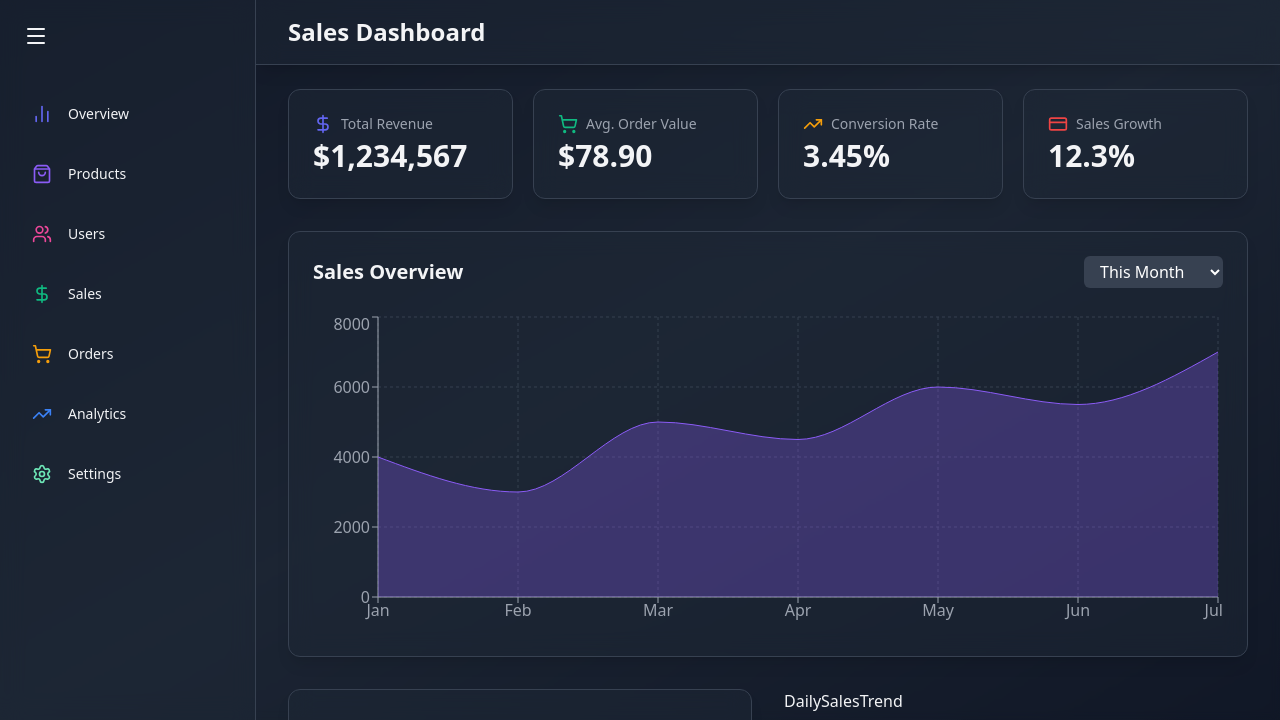
Repository: Abdirabi11/React-dashboard
Page: /sales
These files come from the project's save history. The page is drawn as it stood at one moment and after the next save; the edit follows.
The browser window is 1280 px wide. The pictures show the whole page.
An inner scrolling area shows only its first screen. The project was rebuilt for these pictures with package versions that can differ from the ones it lists, and the page was loaded fresh each time. Also part of the build but not shown: vite.config.js, src/components/overview/SalesOverviewChart.jsx, src/components/overview/CategoryDistributionChart.jsx, src/components/overview/SalesChannelChart.jsx, src/pages/OverviewPage.jsx, src/components/products/SalesTrendChart.jsx, src/components/products/ProductsTable.jsx, src/pages/ProductsPage.jsx and 8 more.

Above is the page before, as saved 2025-07-19 08:46:50.

### src/components/common/Sidebar.jsx
import { BarChart2, DollarSign, Menu, Settings, ShoppingBag, ShoppingCart, TrendingUp, Users } from "lucide-react";
import { useState } from "react";
import { AnimatePresence, motion } from "framer-motion";
import { Link } from "react-router-dom";

const SIDEBAR_ITEMS = [
	{
		name: "Overview",
		icon: BarChart2,
		color: "#6366f1",
		href: "/",
	},
	{ name: "Products", icon: ShoppingBag, color: "#8B5CF6", href: "/products" },
	{ name: "Users", icon: Users, color: "#EC4899", href: "/users" },
	{ name: "Sales", icon: DollarSign, color: "#10B981", href: "/sales" },
	{ name: "Orders", icon: ShoppingCart, color: "#F59E0B", href: "/orders" },
	{ name: "Analytics", icon: TrendingUp, color: "#3B82F6", href: "/analytics" },
	{ name: "Settings", icon: Settings, color: "#6EE7B7", href: "/settings" },
];

const Sidebar = () => {
	const [isSidebarOpen, setIsSidebarOpen] = useState(true);

	return (
		<motion.div
			className={`relative z-10 transition-all duration-300 ease-in-out flex-shrink-0 ${
				isSidebarOpen ? "w-64" : "w-20"
			}`}
			animate={{ width: isSidebarOpen ? 256 : 80 }}
		>
			<div className='h-full bg-gray-800 bg-opacity-50 backdrop-blur-md p-4 flex flex-col border-r border-gray-700'>
				<motion.button
					whileHover={{ scale: 1.1 }}
					whileTap={{ scale: 0.9 }}
					onClick={() => setIsSidebarOpen(!isSidebarOpen)}
					className='p-2 rounded-full hover:bg-gray-700 transition-colors max-w-fit'
				>
					<Menu size={24} />
				</motion.button>

				<nav className='mt-8 flex-grow'>
					{SIDEBAR_ITEMS.map((item) => (
						<Link key={item.href} to={item.href}>
							<motion.div className='flex items-center p-4 text-sm font-medium rounded-lg hover:bg-gray-700 transition-colors mb-2'>
								<item.icon size={20} style={{ color: item.color, minWidth: "20px" }} />
								<AnimatePresence>
									{isSidebarOpen && (
										<motion.span
											className='ml-4 whitespace-nowrap'
											initial={{ opacity: 0, width: 0 }}
											animate={{ opacity: 1, width: "auto" }}
											exit={{ opacity: 0, width: 0 }}
											transition={{ duration: 0.2, delay: 0.3 }}
										>
											{item.name}
										</motion.span>
									)}
								</AnimatePresence>
							</motion.div>
						</Link>
					))}
				</nav>
			</div>
		</motion.div>
	);
};
export default Sidebar;

### src/pages/SalesPage.jsx
import { motion } from "framer-motion";
import { CreditCard, DollarSign, ShoppingCart, TrendingUp } from "lucide-react";
import Header from "../components/common/Header";
import StatCard from "../components/common/StatCard";
import DailySalesTrend from "../components/sales/DailySalesTrend";
import SalesByCategoryChart from "../components/sales/SalesByCategoryChart";
import SalesOverviewChart from "../components/sales/SalesOverviewChart";

const salesStats = {
	totalRevenue: "$1,234,567",
	averageOrderValue: "$78.90",
	conversionRate: "3.45%",
	salesGrowth: "12.3%",
};

const SalesPage = () => {
	return (
		<div className="flex-1 overflow-auto relative z-10">
			<Header title='Sales Dashboard' />
			<main className="max-w-7xl mx-auto py-6 px-4 lg:px-8">
				<motion.div
				 className='grid grid-cols-1 gap-5 sm:grid-cols-2 lg:grid-cols-4 mb-8'
				 initial={{ opacity: 0, y: 20 }}
				 animate={{ opacity: 1, y: 0 }}
				 transition={{ duration: 1 }}
				>
					<StatCard
						name='Total Revenue'
						icon={DollarSign}
						value={salesStats.totalRevenue}
						color='#6366F1'
					/>
					<StatCard
						name='Avg. Order Value'
						icon={ShoppingCart}
						value={salesStats.averageOrderValue}
						color='#10B981'
					/>
					<StatCard
						name='Conversion Rate'
						icon={TrendingUp}
						value={salesStats.conversionRate}
						color='#F59E0B'
					/>
					<StatCard name='Sales Growth' icon={CreditCard} value={salesStats.salesGrowth} color='#EF4444' />
				</motion.div>
				<SalesOverviewChart />
				<div className="grid grid-cols-1 lg:grid-cols-2 gap-8 mb-8">
					<SalesByCategoryChart />
					<DailySalesTrend />
				</div>
			</main>
		</div>
	);
};
export default SalesPage;

### src/components/sales/DailySalesTrend.jsx
import React from 'react'

const DailySalesTrend = () => {
  return (
    <div>DailySalesTrend</div>
  )
}

export default DailySalesTrend

### src/components/sales/SalesByCategoryChart.jsx
import { motion } from "framer-motion"
import { Cell, Legend, Pie, PieChart, ResponsiveContainer, Tooltip } from "recharts"


const salesByCategory = [
	{ name: "Electronics", value: 400 },
	{ name: "Clothing", value: 300 },
	{ name: "Home & Garden", value: 200 },
	{ name: "Books", value: 100 },
	{ name: "Others", value: 150 },
];

const COLORS = ["#8884d8", "#82ca9d", "#ffc658", "#ff8042", "#0088FE"];

const SalesByCategoryChart = () => {

  return (
    <motion.div
        className='bg-gray-800 bg-opacity-50 backdrop-blur-md shadow-lg rounded-xl p-6 border border-gray-700'
        initial={{ opacity: 0, y: 20 }}
        animate={{ opacity: 1, y: 0 }}
        transition={{ delay: 0.3 }}
    >
        <h2 className='text-xl font-semibold text-gray-100 mb-4'>Sales by Category</h2>
        <div style={{ width: "100%", height: 300 }}>
            <ResponsiveContainer>
                <PieChart>
                    <Pie
                     data={salesByCategory}
                     cx="50%"
                     cy="50%"
                     outerRadius={80}
                     fill='#8884d8'
                    >
                        {salesByCategory.map((entry, index) => (
                            <Cell key={`sales-${index}`} fill={COLORS[index % COLORS.length]} />
                        ))}
                    </Pie>
                    <Tooltip
                     contentStyle={{
                        backgroundColor: "rgba(31, 41, 55, 0.8)",
                        borderColor: "#4B5563",
                     }}
                     itemStyle={{ color: "#E5E7EB" }}
                    />
                    <Legend />
                </PieChart>
            </ResponsiveContainer>
        </div>
    </motion.div>
  )
}

export default SalesByCategoryChart

### src/components/sales/SalesOverviewChart.jsx
import { motion } from 'framer-motion';
import React, { useState } from 'react'
import { Area, AreaChart, CartesianGrid, ResponsiveContainer, Tooltip, XAxis, YAxis } from 'recharts';

const monthlySalesData = [
	{ month: "Jan", sales: 4000 },
	{ month: "Feb", sales: 3000 },
	{ month: "Mar", sales: 5000 },
	{ month: "Apr", sales: 4500 },
	{ month: "May", sales: 6000 },
	{ month: "Jun", sales: 5500 },
	{ month: "Jul", sales: 7000 },
];

const SalesOverviewChart = () => {
    const [selectedTimeRange, setSelectedTimeRange] = useState("This Month");
  return (
    <motion.div
        className='bg-gray-800 bg-opacity-50 backdrop-blur-md shadow-lg rounded-xl p-6 border border-gray-700 mb-8'
        initial={{ opacity: 0, y: 20 }}
        animate={{ opacity: 1, y: 0 }}
        transition={{ delay: 0.2 }}
    >
        <div className='flex items-center justify-between mb-6'>
            <h2 className='text-xl font-semibold text-gray-100'>Sales Overview</h2>
            <select
             className= "bg-gray-700 text-white rounded-md px-3 py-1 focus:outline-none focus:ring-2 focus:ring-blue-500"
              value={selectedTimeRange}
              onChange={(e)=> setSelectedTimeRange(e.target.value)}
            >
                <option>This Week</option>
                <option>This Month</option>
                <option>This Quarter</option>
                <option>This Year</option>
            </select>
        </div>
        <div className='w-full h-80'>
            <ResponsiveContainer>
                <AreaChart data={monthlySalesData}>
                    <CartesianGrid strokeDasharray='3 3' stroke='#374151' />
                    <XAxis dataKey='month' stroke='#9CA3AF' />
                    <YAxis stroke='#9CA3AF' />
                    <Tooltip
                        contentStyle={{ backgroundColor: "rgba(31, 41, 55, 0.8)", borderColor: "#4B5563" }}
                        itemStyle={{ color: "#E5E7EB" }}
                    />
                    <Area type='monotone' dataKey='sales' stroke='#8B5CF6' fill='#8B5CF6' fillOpacity={0.3} />
                </AreaChart>
            </ResponsiveContainer>
		</div>
    </motion.div>
  )
}

export default SalesOverviewChart

Loaded but not shown: index.html (common file); src/main.jsx (common file); src/App.jsx (common file); src/index.css (common file); src/components/common/Header.jsx (common file); src/components/common/StatCard.jsx (common file); tailwind.config.js (common file)

After the next save:
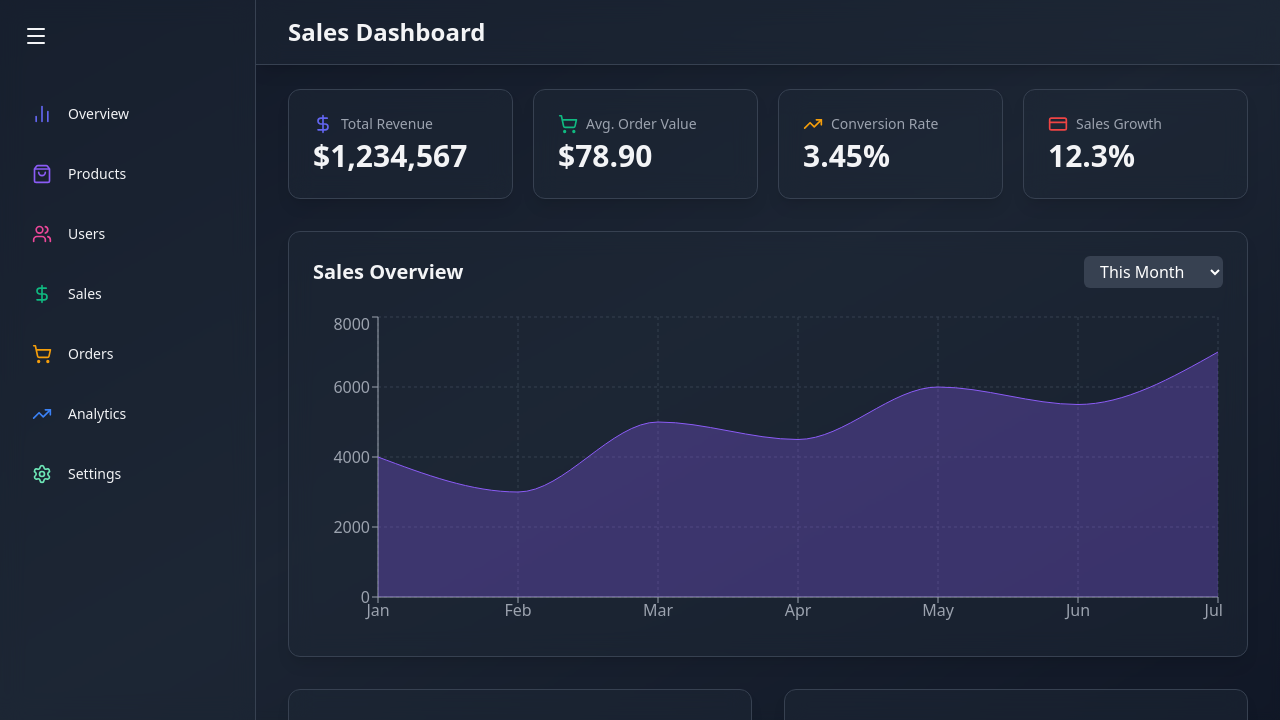
Saved 34 s later.
--- a/src/components/sales/DailySalesTrend.jsx
+++ b/src/components/sales/DailySalesTrend.jsx
@@ -1,9 +1,44 @@
-import React from 'react'
+import { motion } from "framer-motion";
+import { BarChart, Bar, XAxis, YAxis, CartesianGrid, Tooltip, ResponsiveContainer } from "recharts";
+
+const dailySalesData = [
+	{ name: "Mon", sales: 1000 },
+	{ name: "Tue", sales: 1200 },
+	{ name: "Wed", sales: 900 },
+	{ name: "Thu", sales: 1100 },
+	{ name: "Fri", sales: 1300 },
+	{ name: "Sat", sales: 1600 },
+	{ name: "Sun", sales: 1400 },
+];
 
 const DailySalesTrend = () => {
-  return (
-    <div>DailySalesTrend</div>
-  )
-}
+	return (
+		<motion.div
+			className='bg-gray-800 bg-opacity-50 backdrop-blur-md shadow-lg rounded-xl p-6 border border-gray-700'
+			initial={{ opacity: 0, y: 20 }}
+			animate={{ opacity: 1, y: 0 }}
+			transition={{ delay: 0.4 }}
+		>
+			<h2 className='text-xl font-semibold text-gray-100 mb-4'>Daily Sales Trend</h2>
 
-export default DailySalesTrend
+			<div style={{ width: "100%", height: 300 }}>
+				<ResponsiveContainer>
+					<BarChart data={dailySalesData}>
+						<CartesianGrid strokeDasharray='3 3' stroke='#374151' />
+						<XAxis dataKey='name' stroke='#9CA3AF' />
+						<YAxis stroke='#9CA3AF' />
+						<Tooltip
+							contentStyle={{
+								backgroundColor: "rgba(31, 41, 55, 0.8)",
+								borderColor: "#4B5563",
+							}}
+							itemStyle={{ color: "#E5E7EB" }}
+						/>
+						<Bar dataKey='sales' fill='#10B981' />
+					</BarChart>
+				</ResponsiveContainer>
+			</div>
+		</motion.div>
+	);
+};
+export default DailySalesTrend;
